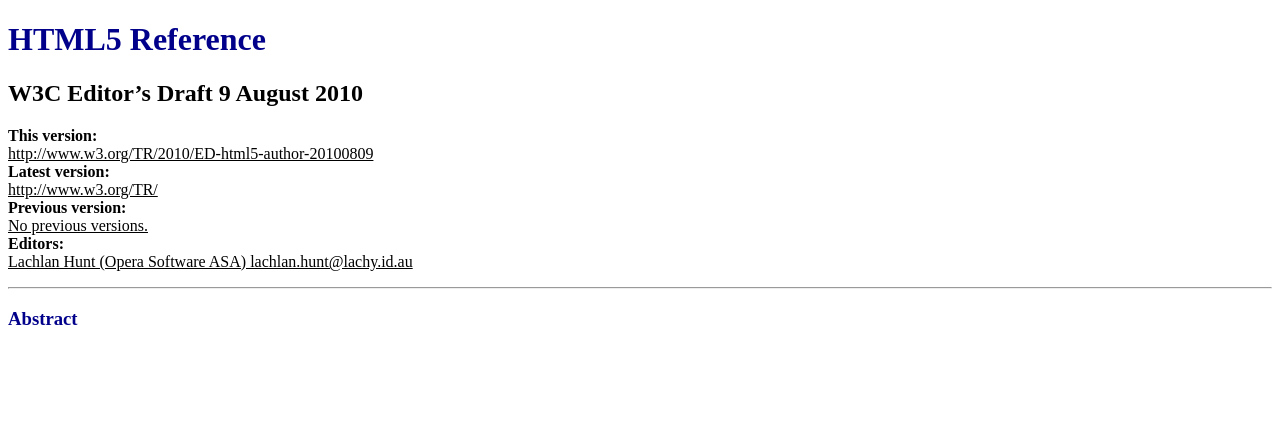
Repository: dnjs0/HCJ
Page: ClientTest/src/main/webapp/html/q5.html
An editor plug-in stored every save of this project. The page is shown before and after the next save, followed by the edit.
The browser window is 1280 px wide. The pictures show the whole page.

Above is the page before, as saved 2025-02-11 08:34:44.

### ClientTest/src/main/webapp/html/q5.html
<!DOCTYPE html>
<html lang="ko">
<head>
	<meta charset="UTF-8">
	<title>Insert title here</title>
</head>
<body>
    <h1><font color = "darkblue">HTML5 Reference</font></h1>
    <h2>W3C Editor’s Draft 9 August 2010</h2>

    <p>
    <b>This version:</b><br>
    <u>http://www.w3.org/TR/2010/ED-html5-author-20100809</u><br>

    <b>Latest version:</b><br>
    <u>http://www.w3.org/TR/</u><br>

    <b>Previous version:</b><br>
    <u>No previous versions.</u><br>

    <b>Editors:</b><br>
    <u>Lachlan Hunt (Opera Software ASA) lachlan.hunt@lachy.id.au</u><br>
    </p>

    <hr>

    <h3><font color = "darkblue">Abstract</font></h3>

</body>
</html>

After the next save:
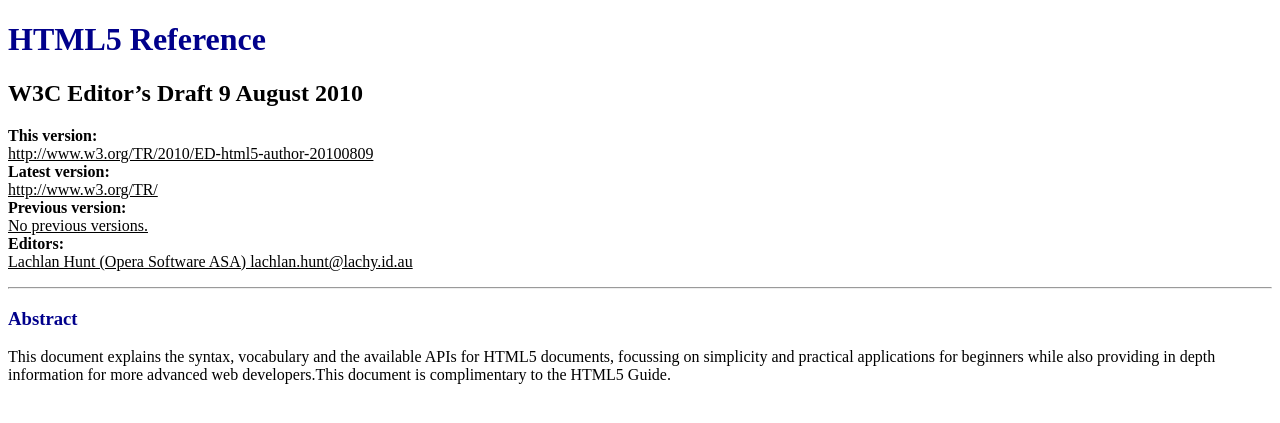
Saved 19 s later.
--- a/ClientTest/src/main/webapp/html/q5.html
+++ b/ClientTest/src/main/webapp/html/q5.html
@@ -25,6 +25,9 @@
     <hr>
 
     <h3><font color = "darkblue">Abstract</font></h3>
+    <p>
+    This document explains the syntax, vocabulary and the available APIs for HTML5 documents, focussing on simplicity and practical applications for beginners while also providing in depth information for more advanced web developers.This document is complimentary to the HTML5 Guide.
+    </p>
 
 </body>
 </html>
